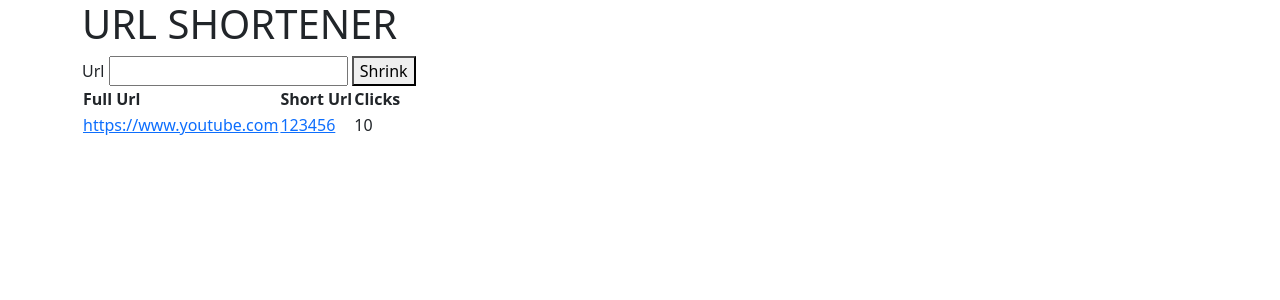
Repository: HarshM0di/URL-SHORTENER
Page: http://localhost/
These files come from the project's save history. The page is drawn as it stood at one moment and after the next save; the edit follows.
The browser window is 1280 px wide. The pictures show the whole page.
The page is served by the project's Node server (server.js).

Above is the page before, as saved 2022-09-18 10:36:44.

After the next save:
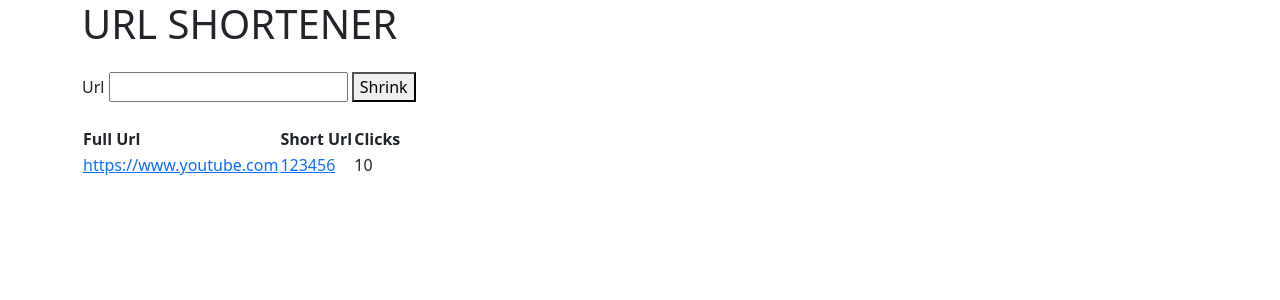
Saved 39 s later.
--- a/views/index.ejs
+++ b/views/index.ejs
@@ -13,7 +13,7 @@
 
 
     <h1> URL SHORTENER </h1>
-    <form action "" method = "POST">
+    <form action "" method = "POST" class="my-4">
         <label for="fulUrl">Url</label>
         <input type="url" name= "fullUrl" id="fullUrl" >
         <button type="submit">Shrink</button>
